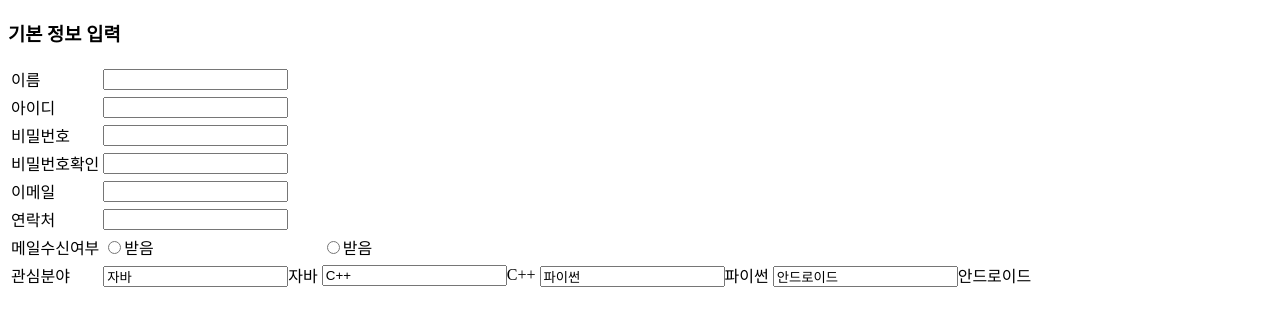
Repository: angelSuho/KCC_Learning_Repo
Page: Html/WebContent/mission03.html
An editor plug-in stored every save of this project. The page is shown before and after the next save, followed by the edit.
The browser window is 1280 px wide. The pictures show the whole page.

Above is the page before, as saved 2024-07-08 06:19:51.

### Html/WebContent/mission03.html
<!DOCTYPE html>
<html>
<head>
<meta charset="UTF-8">
<title>Insert title here</title>
</head>
<body>
	<h3>기본 정보 입력</h3>
	<table>
		<tbody>
			<tr>
				<td>이름</td>
				<td>
					<input type="text" name="userName" id="name">
				</td>
			</tr>
			<tr>
				<td>아이디</td>
				<td>
					<input type="text" name="userId" id="id">
				</td>
			</tr>
			<tr>
				<td>비밀번호</td>
				<td>
					<input type="password" name="userPass">
				</td>
			</tr>
			<tr>
				<td>비밀번호확인</td>
				<td>
					<input type="password" name="userPass">
				</td>
			</tr>
			<tr>
				<td>이메일</td>
				<td>
					<input type="email" name="userPass">
				</td>
			</tr>
			<tr>
				<td>연락처</td>
				<td>
					<input type="text" name="userPass">
				</td>
			</tr>
			<tr>
				<td>메일수신여부</td>
				<td><input type="radio" name="chk_info" value="받음">받음</td>
				<td><input type="radio" name="chk_info" value="받지않음">받음</td>
			</tr>
			<tr>
				<td>관심분야</td>
				<td><input type="check" name="chk_info" value="자바">자바</td>
				<td><input type="check" name="chk_info" value="C++">C++</td>
				<td><input type="check" name="chk_info" value="파이썬">파이썬</td>
				<td><input type="check" name="chk_info" value="안드로이드">안드로이드</td>
			</tr>
		</tbody>
	</table>
</body>
</html>

After the next save:
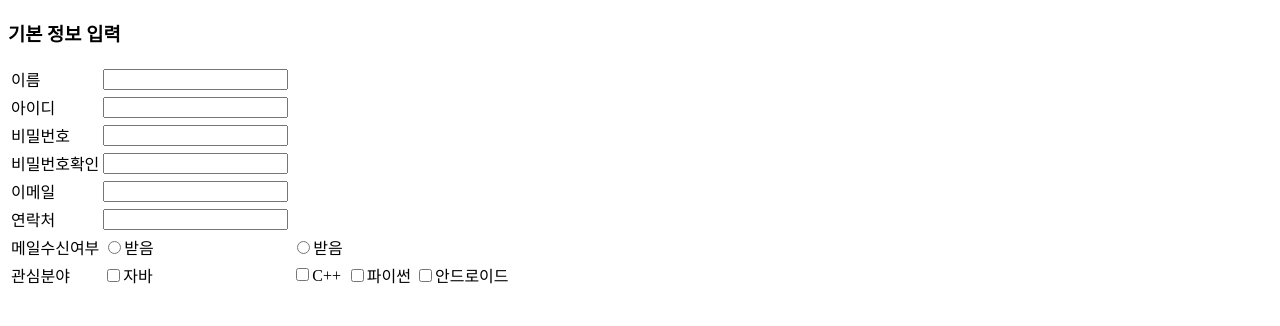
Saved 20 s later.
--- a/Html/WebContent/mission03.html
+++ b/Html/WebContent/mission03.html
@@ -51,10 +51,10 @@
 			</tr>
 			<tr>
 				<td>관심분야</td>
-				<td><input type="check" name="chk_info" value="자바">자바</td>
-				<td><input type="check" name="chk_info" value="C++">C++</td>
-				<td><input type="check" name="chk_info" value="파이썬">파이썬</td>
-				<td><input type="check" name="chk_info" value="안드로이드">안드로이드</td>
+				<td><input type="checkbox" name="chk_info" value="자바">자바</td>
+				<td><input type="checkbox" name="chk_info" value="C++">C++</td>
+				<td><input type="checkbox" name="chk_info" value="파이썬">파이썬</td>
+				<td><input type="checkbox" name="chk_info" value="안드로이드">안드로이드</td>
 			</tr>
 		</tbody>
 	</table>
